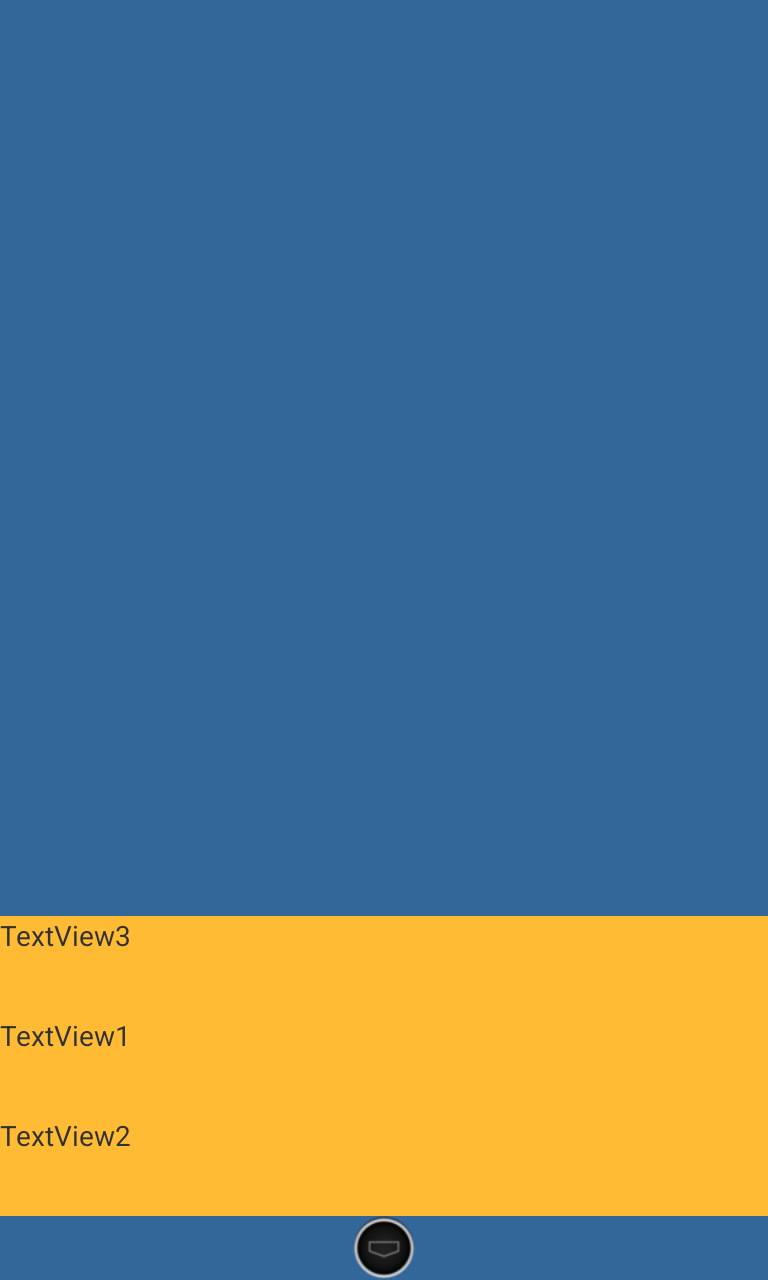
Repository: complexityclass/GosClient
Layout: Client/res/layout/activity_service.xml
An editor plug-in stored every save of this project. The layout is shown before and after the next save, followed by the edit.
It is drawn on a 768 x 1280 px phone screen (xhdpi) without system bars, with theme AppTheme; the app's code is not run. Lists and similar views that code fills are empty.

Above is the layout before, as saved 2013-04-19 13:44:30.

### Client/res/layout/activity_service.xml
<?xml version="1.0" encoding="utf-8"?>
<LinearLayout xmlns:android="http://schemas.android.com/apk/res/android"
    android:layout_width="fill_parent"
    android:layout_height="fill_parent"
    android:orientation="vertical" >

    <SlidingDrawer
        android:id="@+id/drawer"
        android:layout_width="fill_parent"
        android:layout_height="wrap_content"
        android:background="#336699"
        android:content="@+id/content"
        android:handle="@+id/handle" >

        <LinearLayout
            android:id="@id/content"
            android:layout_width="fill_parent"
            android:layout_height="fill_parent"
            android:orientation="vertical" >

            <ExpandableListView
                android:id="@+id/exListView"
                android:layout_width="fill_parent"
                android:layout_height="wrap_content"
                android:background="@drawable/back"
                android:indicatorLeft="250dp"
                android:indicatorRight="300dp" />
        </LinearLayout>

        <LinearLayout
            android:id="@id/handle"
            android:layout_width="match_parent"
            android:layout_height="wrap_content"
            android:orientation="vertical" >

            <TextView
                android:id="@+id/textView3"
                android:layout_width="match_parent"
                android:layout_height="50dp"
                android:background="@android:color/holo_orange_light"
                android:text="TextView3" />

            <TextView
                android:id="@+id/textView1"
                android:layout_width="match_parent"
                android:layout_height="50dp"
                android:background="@android:color/holo_orange_light"
                android:text="TextView1" />

            <TextView
                android:id="@+id/textView2"
                android:layout_width="match_parent"
                android:layout_height="50dp"
                android:background="@android:color/holo_orange_light"
                android:text="TextView2" />

            <ImageView
                android:id="@+id/imageView23"
                android:layout_width="match_parent"
                android:layout_height="fill_parent"
                android:contentDescription="@string/Habarovsk"
                android:src="@drawable/upbutton" />
        </LinearLayout>
    </SlidingDrawer>

</LinearLayout>

### Client/res/values/strings.xml
<?xml version="1.0" encoding="utf-8"?>
<resources>

    <string name="app_name">Client</string>
    <string name="hello_world">Hello world!</string>
    <string name="menu_settings">Settings</string>
    <string name="title_activity_main">MainActivity</string>
    <string name="title_activity_about_us">About us</string>
    <string name="title_activity_news">News</string>
    <string name="title_activity_citizen_reg">Citizens</string>
    <string name="title_activity_agencies">Agencies</string>
    <string name="title_activity_areas_of">Areas</string>
    <string name="agencies_ru">Ведомства</string>
    <string name="about_project_ru">О проекте</string>
    <string name="areas_of_ru">Направления деятельности</string>
    <string name="news_ru">Новости</string>
    <string name="organizations_ru">Организациям</string>
    <string name="electronic_services_ru">Электронные услуги</string>
    <string name="life_situations_ru">Жизненные ситуации</string>
    <string name="information_ru">Информация</string>
    <string name="visitor_statistics_ru">Статистика посещений</string>
    <string name="search_news_ru">Поиск по новостям</string>
    <string name="citizens_ru">Гражданам</string>
    <string name="spots_treatment_ru">Места обращения</string>
    <string name="useful_links_ru">Полезные ссылки</string>
    <string name="universal_card_ru">Развитие универсальной электронной карты</string>
    <string name="faq_ru">Часто задаваемые вопросы</string>
    <string name="title_activity_test">TestActivity</string>
    <string name="title_activity_web_view">WebViewActivity</string>
    <string name="title_section3">Section 3</string>
    <string name="title_section2">Section 2</string>
    <string name="title_section1">Section 1</string>
    <string name="title_activity_swipe">SwipeActivity</string>
    <string name="title_activity_life_situations">LifeSituationsActivity</string>
    <string name="action_settings">Settings</string>
    <string name="label1">Tab 1</string>
    <string name="label2">Tab 2</string>
    <string name="label3">Tab 3</string>
    <string name="federational">Федеральные</string>
    <string name="munitipal">Муниципальные</string>
    <string name="regional">Региональные</string>
    <string name="title_activity_expandable_list_view_test">ExpandableListViewTest</string>
    <string name="title_activity_expandable_list">ExpandableListActivity</string>
    <string name="Habarovsk_Servise">Хабаровск Услуги</string>
    <string name="Habarovsk">Habarovsk</string>
    <string name="title_activity_service">ServiceActivity</string>

</resources>

Loaded but not shown: Client/res/values-v11/styles.xml (common file); Client/res/values-v14/styles.xml (common file); Client/res/values/styles.xml (common file)

After the next save:
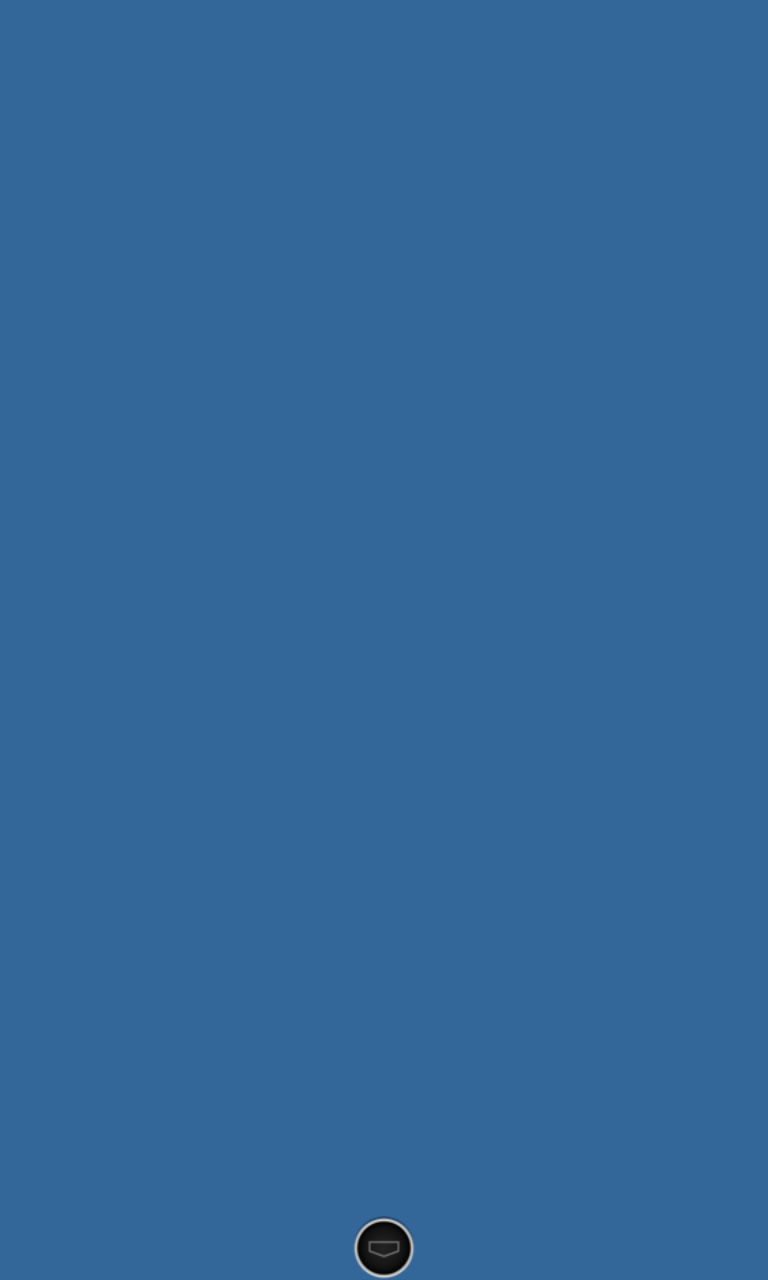
Saved 4 min 34 s later.
--- a/Client/res/layout/activity_service.xml
+++ b/Client/res/layout/activity_service.xml
@@ -33,26 +33,29 @@
             android:layout_height="wrap_content"
             android:orientation="vertical" >
 
-            <TextView
-                android:id="@+id/textView3"
-                android:layout_width="match_parent"
-                android:layout_height="50dp"
-                android:background="@android:color/holo_orange_light"
-                android:text="TextView3" />
+            <LinearLayout>
 
-            <TextView
-                android:id="@+id/textView1"
-                android:layout_width="match_parent"
-                android:layout_height="50dp"
-                android:background="@android:color/holo_orange_light"
-                android:text="TextView1" />
+                <TextView
+                    android:id="@+id/textView3"
+                    android:layout_width="match_parent"
+                    android:layout_height="50dp"
+                    android:background="@android:color/holo_orange_light"
+                    android:text="TextView3" />
 
-            <TextView
-                android:id="@+id/textView2"
-                android:layout_width="match_parent"
-                android:layout_height="50dp"
-                android:background="@android:color/holo_orange_light"
-                android:text="TextView2" />
+                <TextView
+                    android:id="@+id/textView1"
+                    android:layout_width="match_parent"
+                    android:layout_height="50dp"
+                    android:background="@android:color/holo_orange_light"
+                    android:text="TextView1" />
+
+                <TextView
+                    android:id="@+id/textView2"
+                    android:layout_width="match_parent"
+                    android:layout_height="50dp"
+                    android:background="@android:color/holo_orange_light"
+                    android:text="TextView2" />
+            </LinearLayout>
 
             <ImageView
                 android:id="@+id/imageView23"

After the save that followed:
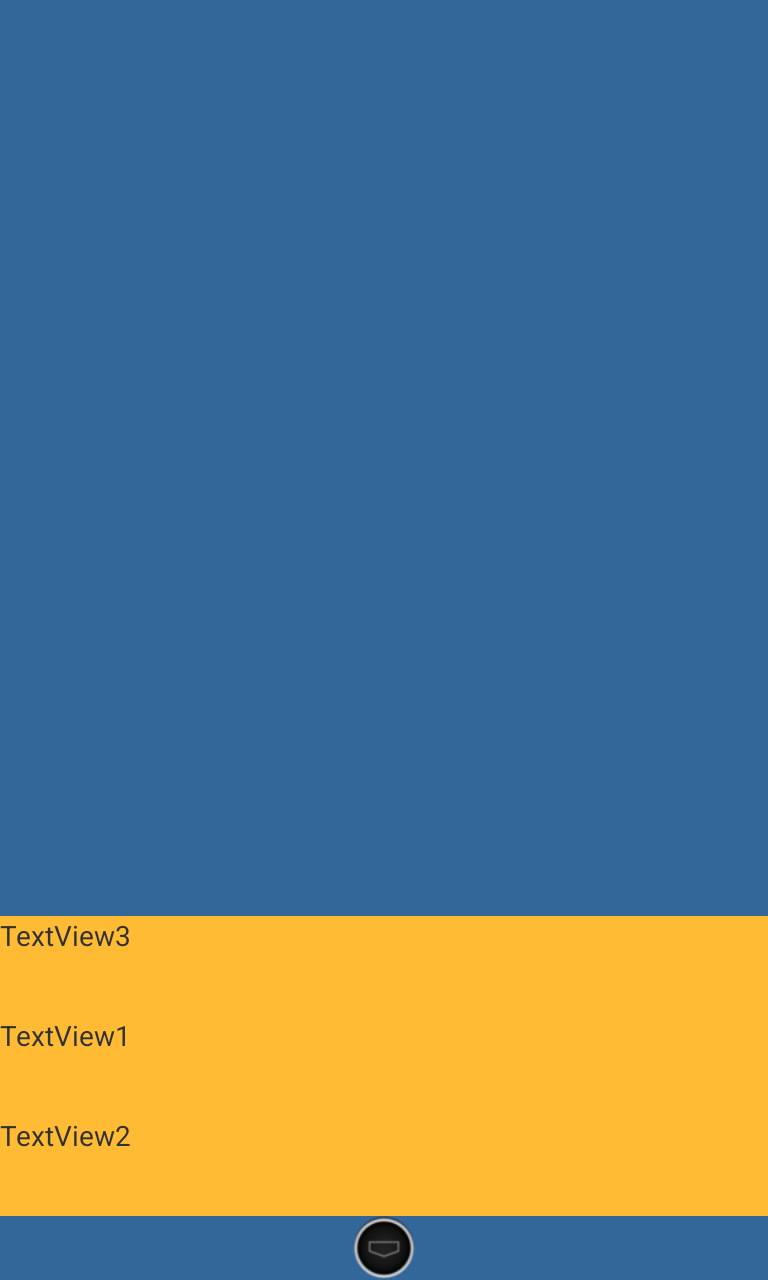
Saved 33 s later.
--- a/Client/res/layout/activity_service.xml
+++ b/Client/res/layout/activity_service.xml
@@ -33,7 +33,11 @@
             android:layout_height="wrap_content"
             android:orientation="vertical" >
 
-            <LinearLayout>
+            <LinearLayout
+                 android:id="@+id/linlay"
+            android:layout_width="match_parent"
+            android:layout_height="wrap_content"
+            android:orientation="vertical" >
 
                 <TextView
                     android:id="@+id/textView3"
